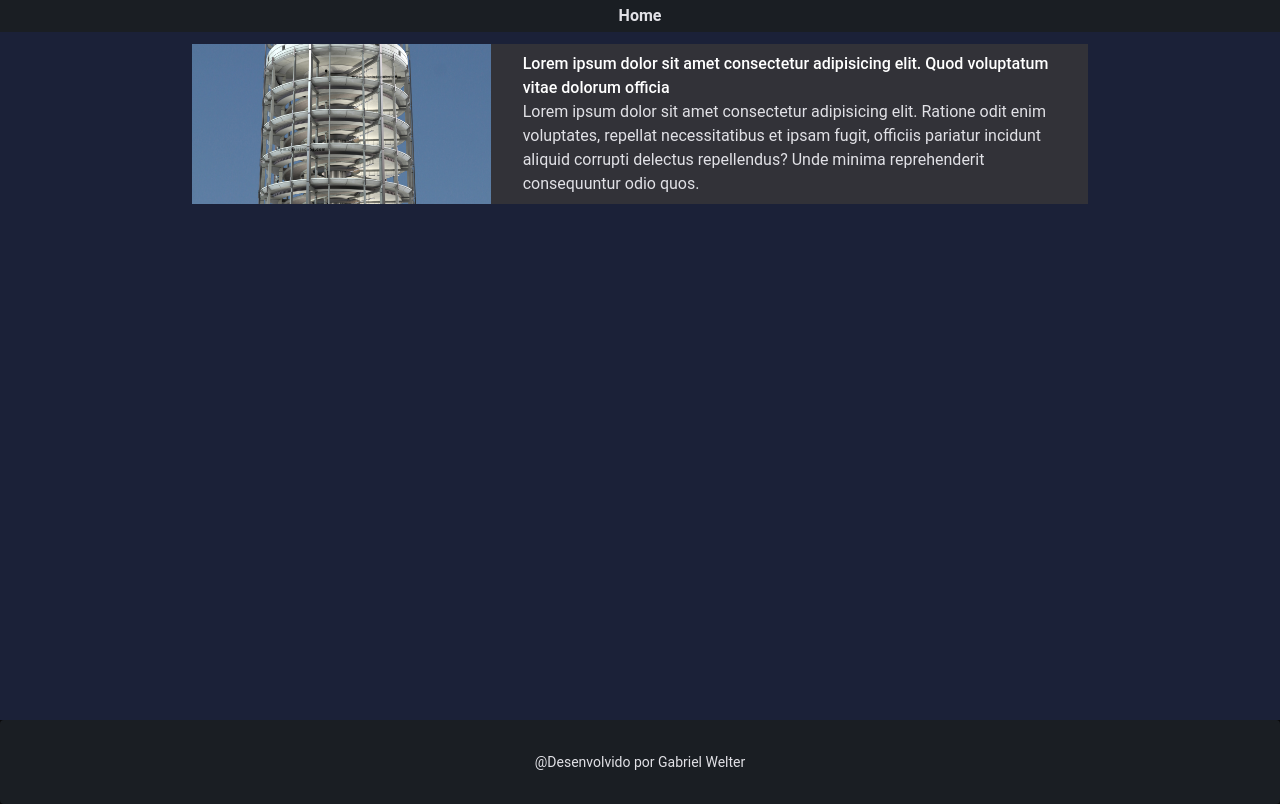
Repository: weltergab/Your-News-2-prismic-cms
Page: /noticiafull
The author's editor kept a copy of each file at every save. The page is drawn from the files as they stood at one save, then again after the next save.
The browser window is 1280 px wide. The pictures show the whole page.
The project was rebuilt for these pictures with package versions that can differ from the ones it lists, and the page was loaded fresh each time. The framework's server and built-in components were replaced by stand-ins that run in the browser. Also part of the build but not shown: next.config.js.

Above is the page before, as saved 2023-04-27 21:52:35.

After the next save:
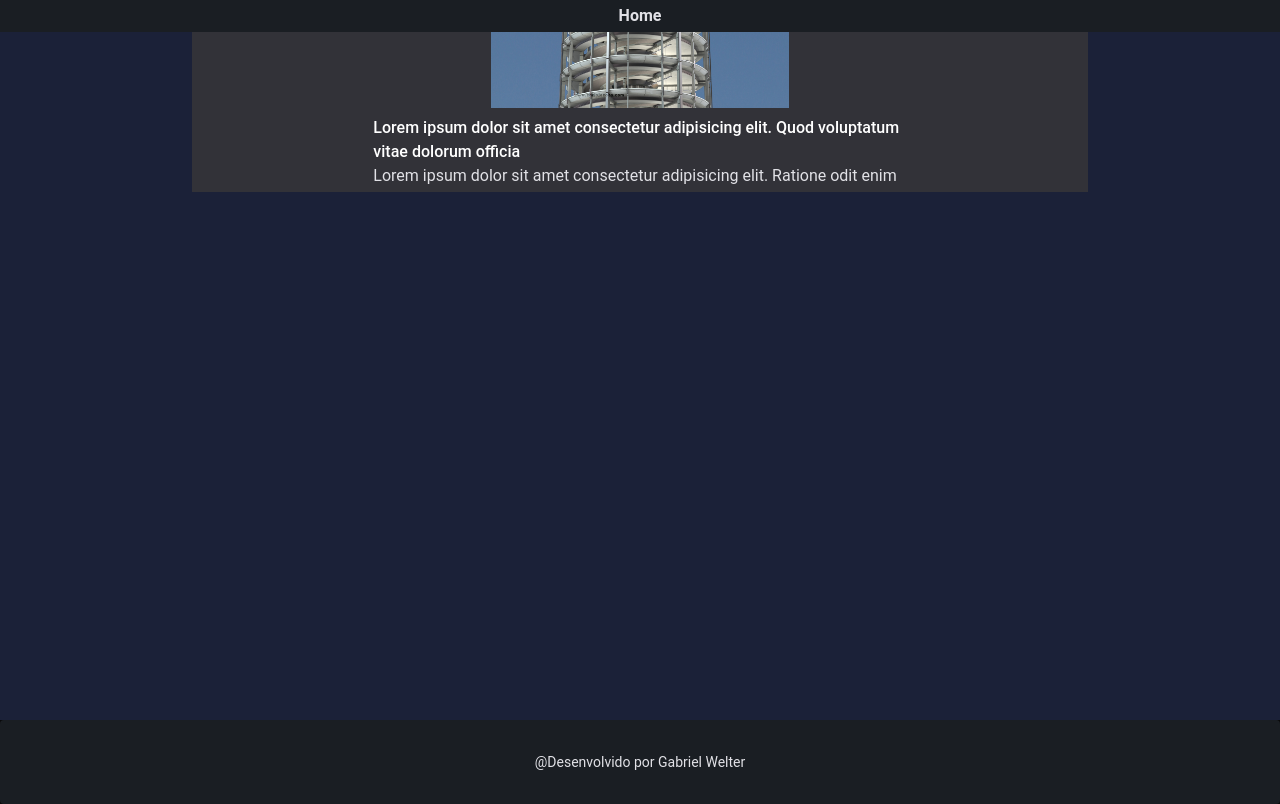
Saved 82 s later.
--- a/src/pages/noticiafull/index.tsx
+++ b/src/pages/noticiafull/index.tsx
@@ -6,7 +6,7 @@ function NoticiaFull() {
     <div className='bg-blue-700 bg-center bg-cover bg-no-repeat min-h-screen items-center flex flex-col'>
 
       <h1>Noticia Full</h1>
-      <div className="bg-gray-500 my-3 items-center flex flex-row h-32 md:h-40 mx-3 max-w-4xl">
+      <div className="bg-gray-500 items-center flex flex-col h-32 md:h-40 mx-3 max-w-4xl">
         <div className="h-full w-2/6 border-blue-200 bg-green-300 relative overflow-hidden">
           <Image
             src="/vert.jpg"
